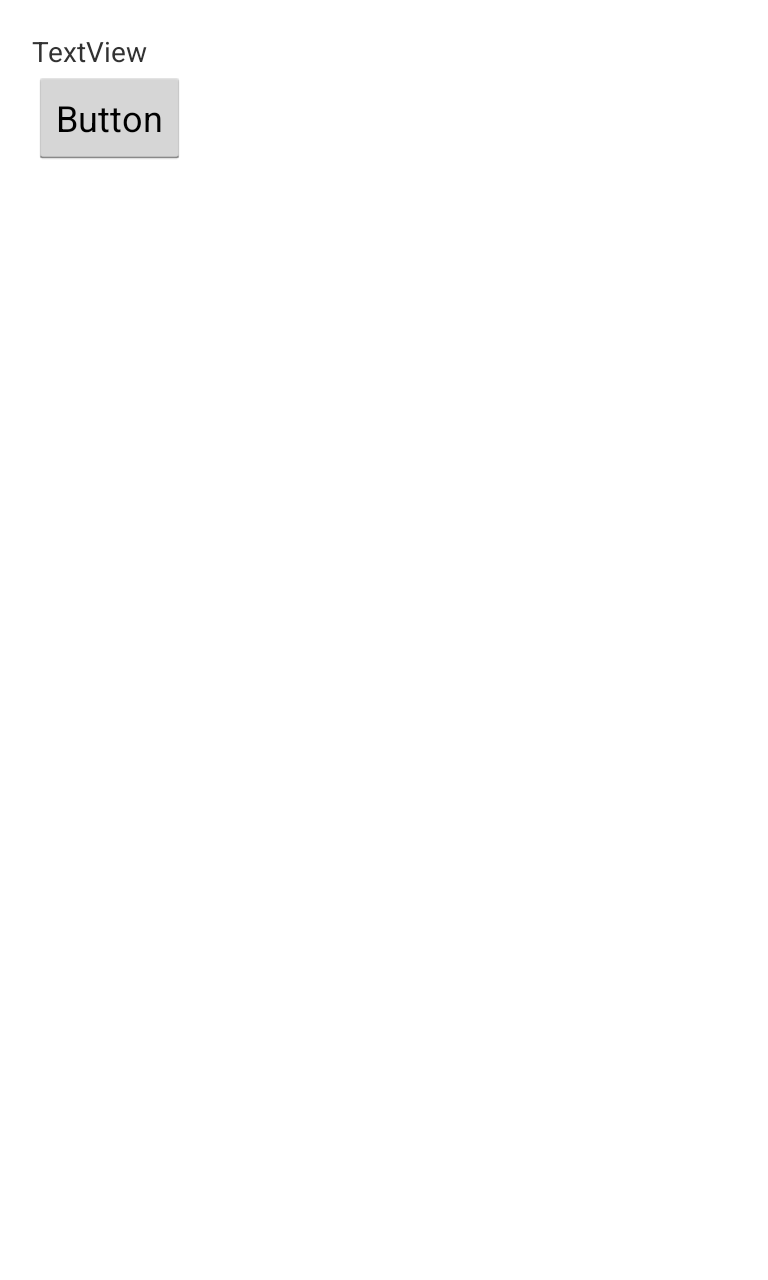
Repository: ShigerD/AndroidSample
Layout: Sample/Sample10/SD_file/Sd_file/res/layout/activity_main.xml
An editor plug-in stored every save of this project. The layout is shown before and after the next save, followed by the edit.
It is drawn on a 768 x 1280 px phone screen (xhdpi) without system bars, with theme AppTheme; the app's code is not run.

Above is the layout before, as saved 2016-10-05 06:59:14.

After the next save:
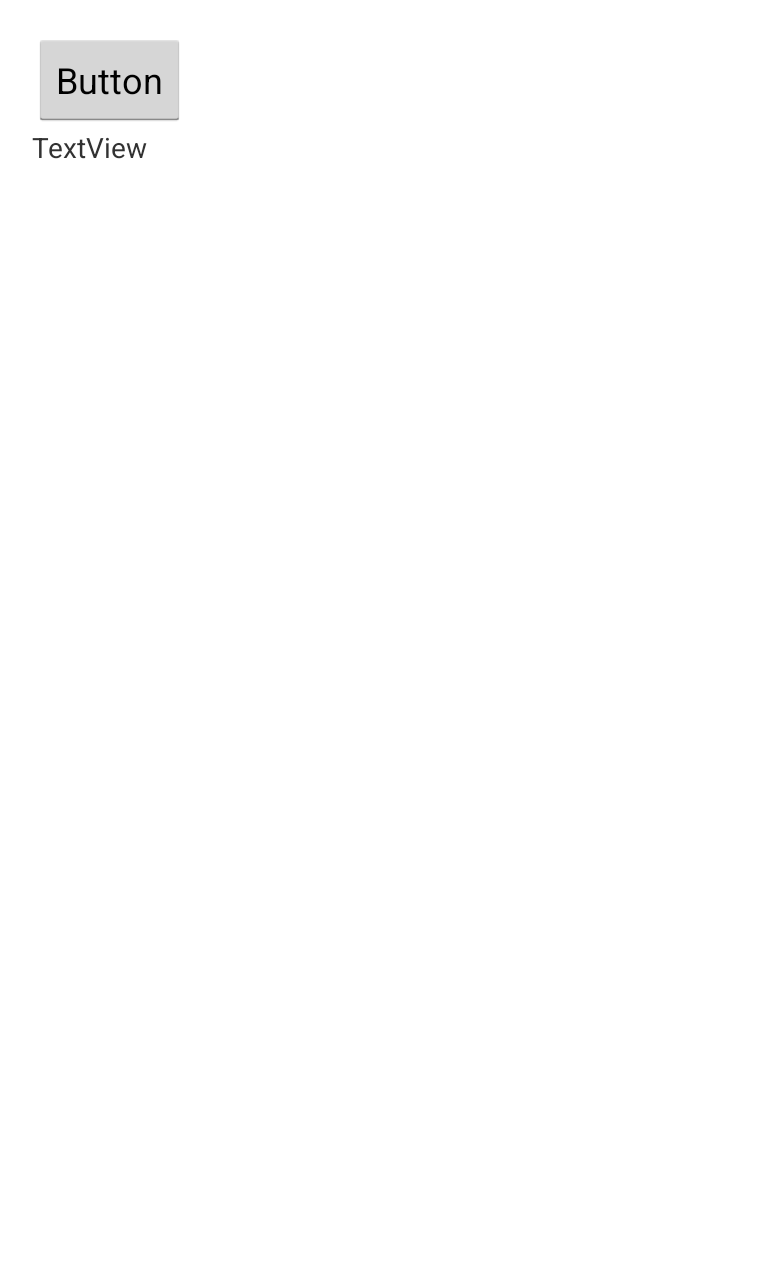
Saved 26 s later.
--- a/Sample/Sample10/SD_file/Sd_file/res/layout/activity_main.xml
+++ b/Sample/Sample10/SD_file/Sd_file/res/layout/activity_main.xml
@@ -16,6 +16,16 @@
         <LinearLayout
             android:layout_width="match_parent"
             android:layout_height="wrap_content" >
+        <Button
+            android:id="@+id/button1"
+            android:layout_width="wrap_content"
+            android:layout_height="wrap_content"
+            android:text="Button" />
+
+        </LinearLayout>
+        <LinearLayout
+            android:layout_width="match_parent"
+            android:layout_height="wrap_content" >
 
             <TextView
                 android:id="@+id/textView1"
@@ -25,11 +35,6 @@
 
         </LinearLayout>
 
-        <Button
-            android:id="@+id/button1"
-            android:layout_width="wrap_content"
-            android:layout_height="wrap_content"
-            android:text="Button" />
 
     </LinearLayout>
 
